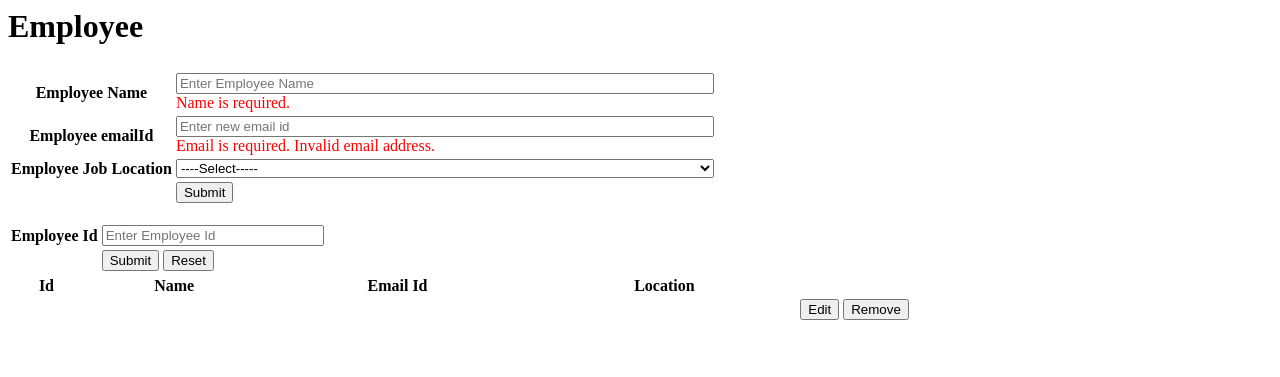
Repository: Dipak27/Dipak-s-front-end
Page: http://localhost/Traning_Management/employeecreate.jsp
An editor plug-in stored every save of this project. The page is shown before and after the next save, followed by the edit.
The browser window is 1280 px wide. The pictures show the whole page.
The page is served by Tomcat 9. Other server files are loaded and not shown.

Above is the page before, as saved 2016-11-10 09:44:08.

### Training Management Project/Traning_Management/src/main/webapp/employeecreate.jsp
	<!-- CONTENTS START -->

		<div class="container_24" ng-controller="EmployeeController as emp">
			<div class="grid_24">

				<div class="contents">

					<div class="padding_20">
						<h1>Employee</h1>
					</div>
						<div class="grid_6 alpha">

								<div class="padding_20 text-justify">
									<form ng-submit="submit()" name="empfrm">
									<table class="form-table" style="width:auto">


                        					<tr>
                        						<td><input type="hidden" ng-model="emp.employee.emp_id"></td>
                        					</tr>
                        					<tr>
												<th>
														Employee Name
												</th>
												<td>
													<input id="employeename" type="text" required name="emp.employee.emp_name" ng-model="emp.employee.emp_name" style="width:120%" placeholder="Enter Employee Name" value="">
														<span style="color:red" ng-show="empfrm.emp.employee.emp_name.$dirty && empfrm.emp.employee.emp_name.$invalid">
  														<span ng-show="empfrm.emp.employee.emp_name.$error.required">Name is required.</span>
  												</span>
												</td>

											</tr>

												<tr>
												<th>
														Employee emailId
												</th>
												<td>
													<input id="employeeemail" type="text" name="emp.employee.emp_email_id" required ng-model="emp.employee.emp_email_id" style="width:120%" placeholder="Enter new email id" value=""  />
													<span style="color:red" ng-show="empfrm.emp.employee.emp_email_id.$dirty && empfrm.emp.employee.emp_email_id.$invalid">
													<span ng-show="empfrm.emp.employee.emp_email_id.$error.required">Email is required.</span>
													<span ng-show="empfrm.emp.employee.emp_email_id.$error.email">Invalid email address.</span>
													</span>
												</td>

											</tr>

										<tr>
											<th>
												Employee Job Location
											</th>
											<td>
												<select id="select1"  class="validate[required]" ng-model="emp.employee.emp_location" style="width:120%"  >
													<option value="null">----Select-----</option>
                                        			<option value="pune">Pune</option>
                                        			<option value="hyderabad">Hyderabad</option>
                                        			<option value="gandhinagar">Gandinagar</option>

												</select>
											</td>
										</tr>

										<tr>
											<th>
												&nbsp;
											</th>
											<td>
												<input type="submit" ng-disabled="empfrm.emp.employee.emp_name.$dirty && empfrm.emp.employee.emp_name.$invalid || empfrm.emp.employee.emp_email_id.$dirty && empfrm.emp.employee.emp_email_id.$invalid value="Sumbit" />
											</td>
										</tr>

									</table>
								</form>
							</div>

						</div>

						<div class="grid_28 omega">

							<div class="padding_20 text-justify" ng-controller="">
								<form id="frmMain"  class="frmMain" ng-submit="submitsearch()">
									<table class="form-table" style="width:auto">

											<tr>
												<th>
													Employee Id
												</th>
												<td><input type="text" placeholder="Enter Employee Id" ng-model="emp.employee.emp_id" style="width:120%" value=""></td>

											</tr>

										<tr>
											<th>
												&nbsp;
											</th>
											<td>
												<input id= "Submit1" type="submit" value="Submit"/>
												<input id="Reset1" type="reset" value="Reset" onclick="this.form.clear();" />
										</td>
										</tr>


												<table border='0' width='100%' class='table11'>
												<tr>
														<th>Id</th>
														<th>Name</th>
														<th>Email Id</th>
														<th>Location</th>


												</tr>


													<tr ng-repeat="e in emp.employees">

														<td><span ng-bind="e.emp_id"></span></td>
							                              <td><span ng-bind="e.emp_name"></span></td>
							                              <td><span ng-bind="e.emp_email_id"></span></td>
							                              <td><span ng-bind="e.emp_location"></span></td>
							                              <td>
							                              <button type="button" ng-click="emp.edit(e.emp_id)" >Edit</button>
							                              <button type="button" ng-click="emp.remove(e.emp_id)">Remove</button>
							                              </td>


														</tr>

												     </table>

									</table>
								</form>
							</div>

						</div>


					<div class="clear"></div>
				</div>
			</div>
		</div>
		<div class="clear"> </div>

		<!-- CONTENTS END -->

After the next save:
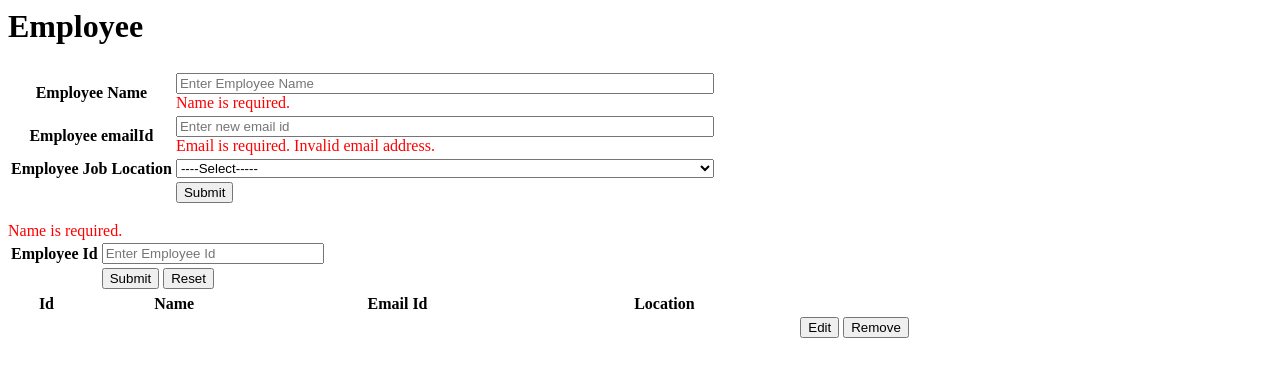
Saved 51 s later.
--- a/Training Management Project/Traning_Management/src/main/webapp/employeecreate.jsp
+++ b/Training Management Project/Traning_Management/src/main/webapp/employeecreate.jsp
@@ -86,7 +86,9 @@
 													Employee Id
 												</th>
 												<td><input type="text" placeholder="Enter Employee Id" ng-model="emp.employee.emp_id" style="width:120%" value=""></td>
-
+												<span style="color:red" ng-show="empfrm.emp.employee.emp_name.$dirty && empfrm.emp.employee.emp_name.$invalid">
+  														<span ng-show="empfrm.emp.employee.emp_name.$error.required">Name is required.</span>
+  												</span>
 											</tr>
 
 										<tr>
